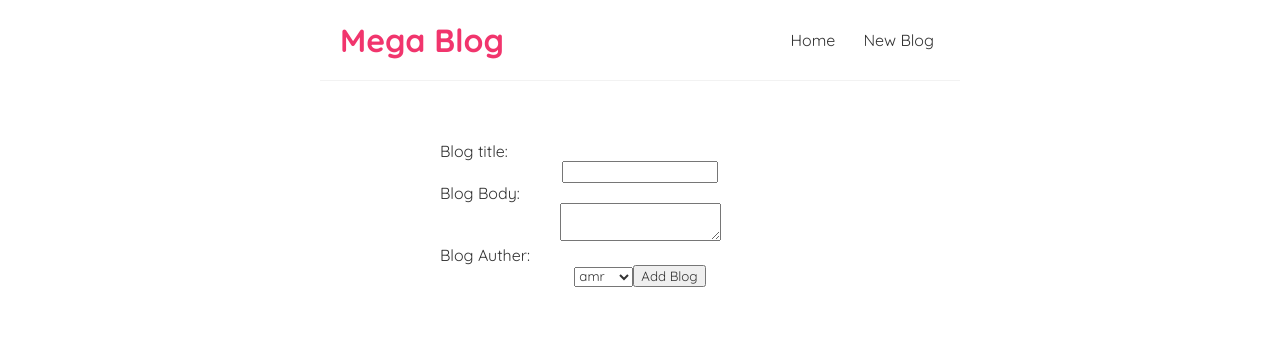
Repository: Amr-Hendawy/blog
Page: /create
An editor plug-in stored every save of this project. The page is shown before and after the next save, followed by the edit.
The browser window is 1280 px wide. The pictures show the whole page.
The project was rebuilt for these pictures with package versions that can differ from the ones it lists, and the page was loaded fresh each time. A package was used in the major version that the imports need, not the one package.json lists. Also part of the build but not shown: src/Components/BlogList/BlogList.js, src/Components/Home/Home.css, src/Components/useFetch/useFetch.js, src/Components/Home/Home.js, src/Components/BlogDetails/BlogDetails.js.

Above is the page before, as saved 2022-11-09 19:47:27.

### src/index.css
@import url("https://fonts.googleapis.com/css2?family=Quicksand:wght@300;400;500;600;700&display=swap");
/* base styles */
* {
  margin: 0;
  font-family: "Quicksand";
  color: #333;
}
.navbar {
  padding: 20px;
  display: flex;
  align-items: center;
  max-width: 600px;
  margin: 0 auto;
  border-bottom: 1px solid #f2f2f2;
}
.navbar h1 {
  color: #f1356d;
}
.navbar .links {
  margin-left: auto;
}
.navbar a {
  margin-left: 16px;
  text-decoration: none;
  padding: 6px;
}
.navbar a:hover {
  color: #f1356d;
}
.content {
  max-width: 600px;
  margin: 40px auto;
  padding: 20px;
}
/*blog previews / list*/

.blog-preview {
  padding: 10px 16px;
  margin: 20px 0;
  border-bottom: 1px solid rgba(0, 0, 0, 0.1);
}

.blog-preview:hover {
  box-shadow: 1px 3px 5px rgba(0, 0, 0, 0.1);
}
.blog-preview h2 {
  font-size: 20px;
  color: #f1356d;
  margin-bottom: 8px;
}
.blog-preview a {
  text-decoration: none;
}
.create {
  max-width: 400px;
  margin: 0 auto;
  text-align: center;
}

.create label {
  text-align: left;
  display: block;
}

.create h2 {
  font-size: 20px;
  color: #f1356d;
  margin-bottom: 30px;
}

### src/App.js
import Home from "./Components/Home/Home";
import { Navbar } from "./Components/Navbar/Navbar";
import { BrowserRouter as Router, Route, Switch } from "react-router-dom";
import Create from "./Components/Create/Create";
import BlogDetails from "./Components/BlogDetails/BlogDetails";
function App() {
  return (
    <Router>
      <div className="App">
        <Navbar />
        <div className="content">
          <Switch>
            <Route exact path="/">
              <Home />
            </Route>
            <Route path="/create">
              <Create />
            </Route>
            <Route path="/blogs/:id">
              <BlogDetails />
            </Route>
          </Switch>
        </div>
      </div>
    </Router>
  );
}

export default App;

### src/Components/Navbar/Navbar.js
import React from "react";
import { Link } from "react-router-dom";
export const Navbar = () => {
  return (
    <div className="navbar">
      <h1>Mega Blog</h1>
      <div className="links">
        <Link to="/">Home</Link>
        <Link to="/create">New Blog</Link>
      </div>
    </div>
  );
};

### src/Components/Create/Create.js
const Create = () => {
  return (
    <div className="create">
      <form>
        <label>Blog title:</label>
        <input type="text" required />
        {""}
        <label>Blog Body:</label>
        <textarea type="text" required></textarea>
        {""}
        <label>Blog Auther:</label>
        <select>
          <option value="amr">amr</option>
          <option value="john">john</option>
          <option value="mario">mario</option>
        </select>
        <button>Add Blog</button>
      </form>
    </div>
  );
};

export default Create;

Loaded but not shown: src/index.js (common file)

After the next save:
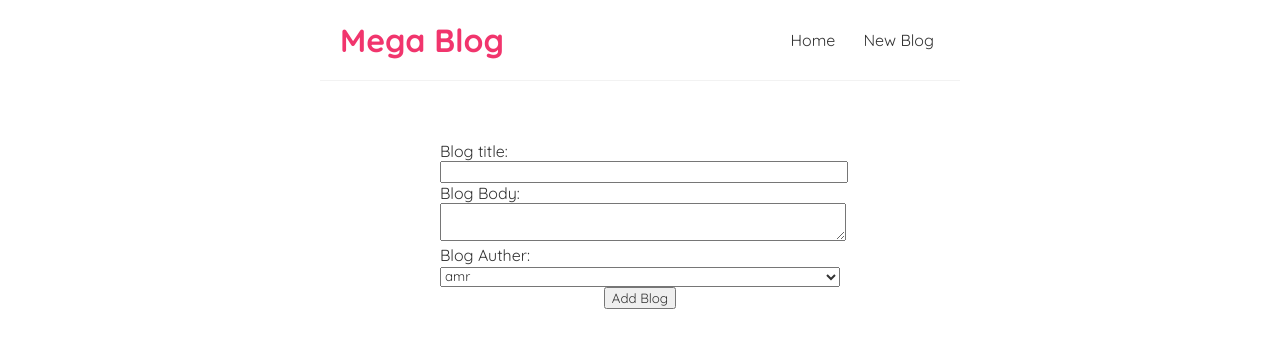
Saved 35 s later.
--- a/src/index.css
+++ b/src/index.css
@@ -67,3 +67,8 @@
   color: #f1356d;
   margin-bottom: 30px;
 }
+.create input,
+.create textarea,
+.create select {
+  width: 100%;
+}
